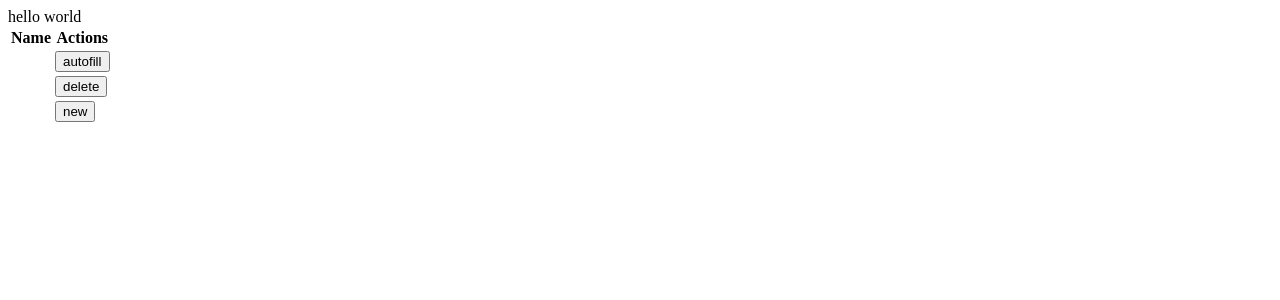
Repository: MomchilAngelov/my-ip-2015-2016
Page: Projects_Java/Test/WebContent/index.html
The author's editor kept a copy of each file at every save. The page is drawn from the files as they stood at one save, then again after the next save.
The browser window is 1280 px wide. The pictures show the whole page.
After loading, the first visible `#add` was clicked once.

Above is the page before, as saved 2015-12-11 15:58:07.
Console error: TypeError: "#mountainNameInput".val is not a function

After the next save:
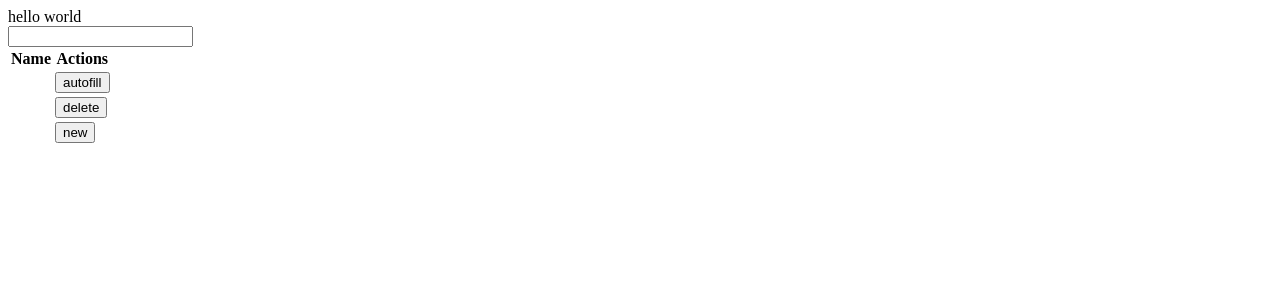
Console error: ReferenceError: newMountainElement is not defined
Saved 31 s later.
--- a/Projects_Java/Test/WebContent/js/main.js
+++ b/Projects_Java/Test/WebContent/js/main.js
@@ -9,10 +9,9 @@ $(document).ready(function(){
 	});
 
 	$("#add").on("click", function(){
-		var add = $("span").parent("span");
-		add.append();
-		var newMountainElement = $("<li />");
-		var newMountainName = ("#mountainNameInput").val("");
+		var where = $("span").parent("span");
+		var what = $("<input />");
+		where.append(what);
 
 		$("#mountains").append(newMountainElement);
 
